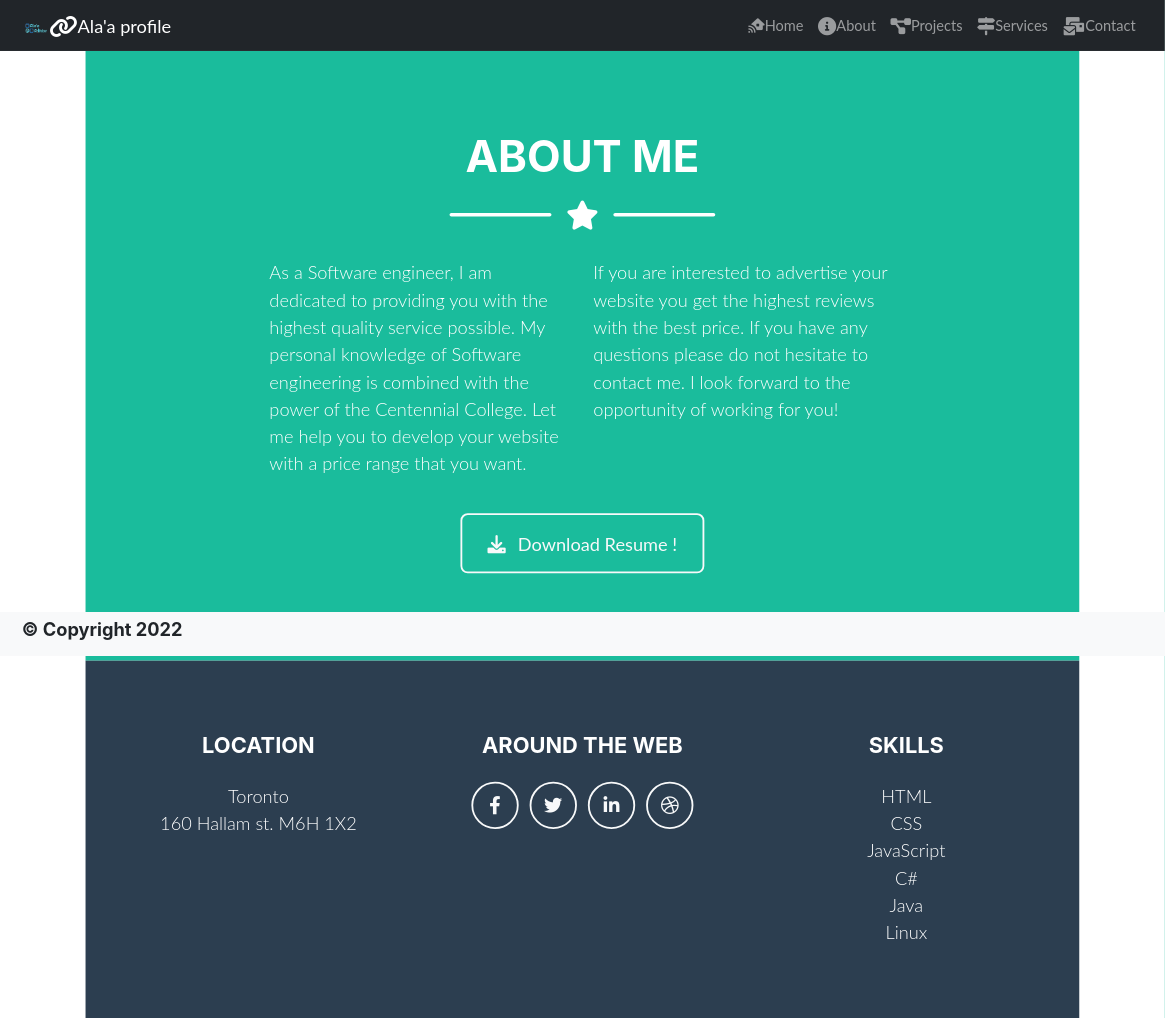
Repository: alaakhdour/heroukulivesite-section1
Page: http://localhost/about
These files come from the project's save history. The page is drawn as it stood at one moment and after the next save; the edit follows.
The browser window is 1280 px wide. The pictures show the whole page, at 91% of full size.
The page is served by the project's Node server (server.js). Other server files are loaded and not shown.

Above is the page before, as saved 2022-06-17 08:59:16.

### Server/Views/index.ejs

<!DOCTYPE html>
<html lang="en">
<head>
    <meta charset="UTF-8">
    <meta http-equiv="X-UA-Compatible" content="IE=edge">
    <meta name="viewport" content="width=device-width, initial-scale=1.0">
    <title><%= title %></title>
    <!-- CSS Section -->
    <link rel="stylesheet" href="./bootstrap/dist/css/bootstrap.min.css">
    <link rel="stylesheet" href="./@fortawsome/fontawesome-free/css/all.min.css">
    <link rel="stylesheet" href="./Content/app.css">
    <link rel="stylesheet" href="./Content/styles.css">
</head>
<body>
    <!-- Main Navigation Section -->
    <header>
        <%- include('./components/header.ejs'); %>
    </header>

    <!-- Content Section-->
    <main>
        <%- include('content/' + page + '.ejs'); %>

    </main>

    <!-- Site-wide footer-->
    <footer>
        <%- include('components/footer.ejs'); %>
    </footer>

    <!-- JavaScript Section -->
    <script src="./jquery/dist/jquery.min.js"></script>
    <script src="./bootstrap/dist/js/bootstrap.min.js"></script>
    <script src="./@fortawesome/fontawesome-free/js/all.min.js"></script>
    <script src="./Scripts/app.js"></script>
</body>
</html>

### Server/Views/components/header.ejs
<nav class="navbar navbar-expand-lg navbar-dark bg-dark">
    <div class="container-fluid">
      <a class="navbar-brand" href="/"> <img src="./Assets/images/logo.png" alt="" width="30" height="24"><i class="fa-solid fa-link fa-lg"></i>Ala'a profile</a>
      <button class="navbar-toggler" type="button" data-bs-toggle="collapse" data-bs-target="#navbarSupportedContent" aria-controls="navbarSupportedContent" aria-expanded="false" aria-label="Toggle navigation">
        <span class="navbar-toggler-icon"></span>
      </button>
      <div class="collapse navbar-collapse" id="navbarSupportedContent">
        <ul class="navbar-nav ms-auto mb-2 mb-lg-0">
          <li class="nav-item">
            <a class="nav-link" aria-current="page" href="/home"><i class="fa-solid fa-house-signal"></i>Home</a>
          </li>

          <li class="nav-item">
            <a class="nav-link" aria-current="page" href="/about"><i class="fa-solid fa-circle-info fa-lg"></i>About</a>
          </li>

          <li class="nav-item">
            <a class="nav-link" aria-current="page" href="/projects"><i class="fa-solid fa-diagram-project fa-lg"></i>Projects</a>
          </li>

          <li class="nav-item">
            <a class="nav-link" aria-current="page" href="/services"><i class="fa-solid fa-signs-post fa-lg"></i>Services</a>
          </li>

          <li class="nav-item">
            <a class="nav-link" aria-current="page" href="/contact"><i class="fa-solid fa-envelopes-bulk fa-lg"></i>Contact </a>
          </li>


        </ul>
      </div>
    </div>
  </nav>

### Server/Views/content/about.ejs
<div class="container">


    <!-- About Section-->
    <section class="page-section bg-primary text-white mb-0" id="about">
        <div class="container">
            <!-- About Section Heading-->
            <h2 class="page-section-heading text-center text-uppercase text-white">About ME</h2>
            <!-- Icon Divider-->
            <div class="divider-custom divider-light">
                <div class="divider-custom-line"></div>
                <div class="divider-custom-icon"><i class="fas fa-star"></i></div>
                <div class="divider-custom-line"></div>
            </div>
            <!-- About Section Content-->
            <div class="row">
                <div class="col-lg-4 ms-auto"><p class="lead">As a Software engineer, I am dedicated to providing you with the highest quality service possible. My personal knowledge of Software engineering is combined with the power of the Centennial College. Let me help you to develop your website with a price range that you want. </p></div>
                <div class="col-lg-4 me-auto"><p class="lead">If you are interested to advertise your website you get the highest reviews with the best price. If you have any questions please do not hesitate to contact me. I look forward to the opportunity of working for you!</p></div>
            </div>
            <!-- About Section Button-->
            <div class="text-center mt-4">
                <a class="btn btn-xl btn-outline-light" href="./Assets/pdf/CV.Pdf" download>
                    <i class="fas fa-download me-2"></i>
                    Download Resume !
                </a>
            </div>
        </div>
    </section>

    <!-- Footer-->
    <footer class="footer text-center">
        <div class="container">
            <div class="row">
                <!-- Footer Location-->
                <div class="col-lg-4 mb-5 mb-lg-0">
                    <h4 class="text-uppercase mb-4">Location</h4>
                    <p class="lead mb-0">
                        Toronto
                        <br />
                        160 Hallam st. M6H 1X2
                    </p>
                </div>
                <!-- Footer Social Icons-->
                <div class="col-lg-4 mb-5 mb-lg-0">
                    <h4 class="text-uppercase mb-4">Around the Web</h4>
                    <a class="btn btn-outline-light btn-social mx-1" href="#!"><i class="fab fa-fw fa-facebook-f"></i></a>
                    <a class="btn btn-outline-light btn-social mx-1" href="#!"><i class="fab fa-fw fa-twitter"></i></a>
                    <a class="btn btn-outline-light btn-social mx-1" href="#!"><i class="fab fa-fw fa-linkedin-in"></i></a>
                    <a class="btn btn-outline-light btn-social mx-1" href="#!"><i class="fab fa-fw fa-dribbble"></i></a>
                </div>
                <!-- Footer About Text-->
                <div class="col-lg-4">
                    <h4 class="text-uppercase mb-4">Skills</h4>
                    <p class="lead mb-0">
                        HTML<br>
                        CSS<br>
                        JavaScript<br>
                        C#<br>
                       Java<br>
                        Linux
                    </p>
                </div>
            </div>
        </div>
    </footer>
</div>

### Server/Views/components/footer.ejs
<nav class="navbar fixed-bottom bg-light">
    <div class="container-fluid">
      <h5 id="copyright">&copy; Copyright 2022</h5>
    </div>
  </nav>

### server.js
"use strict";
var __importDefault = (this && this.__importDefault) || function (mod) {
    return (mod && mod.__esModule) ? mod : { "default": mod };
};
Object.defineProperty(exports, "__esModule", { value: true });
const app_1 = __importDefault(require("./Server/Config/app"));
const debug_1 = __importDefault(require("debug"));
(0, debug_1.default)('week4:server');
const http_1 = __importDefault(require("http"));
const port = normalizePort(process.env.PORT || '3000');
app_1.default.set('port', port);
const server = http_1.default.createServer(app_1.default);
server.listen(port);
server.on('error', onError);
server.on('listening', onListening);
function normalizePort(val) {
    let port = parseInt(val, 10);
    if (isNaN(port)) {
        return val;
    }
    if (port >= 0) {
        return port;
    }
    return false;
}
function onError(error) {
    if (error.syscall !== 'listen') {
        throw error;
    }
    let bind = typeof port === 'string'
        ? 'Pipe ' + port
        : 'Port ' + port;
    switch (error.code) {
        case 'EACCES':
            console.error(bind + ' requires elevated privileges');
            process.exit(1);
            break;
        case 'EADDRINUSE':
            console.error(bind + ' is already in use');
            process.exit(1);
            break;
        default:
            throw error;
    }
}
function onListening() {
    let addr = server.address();
    let bind = 'pipe ' + addr;
    (0, debug_1.default)('Listening on ' + bind);
}
//# sourceMappingURL=server.js.map

### Server/Routes/index.js
"use strict";
var __importDefault = (this && this.__importDefault) || function (mod) {
    return (mod && mod.__esModule) ? mod : { "default": mod };
};
Object.defineProperty(exports, "__esModule", { value: true });
const express_1 = __importDefault(require("express"));
const router = express_1.default.Router();
router.get('/', function (req, res, next) {
    res.render('index', { title: 'Home', page: 'home' });
});
router.get('/home', function (req, res, next) {
    res.render('index', { title: 'Home', page: 'home' });
});
router.get('/about', function (req, res, next) {
    res.render('index', { title: 'About Us', page: 'about' });
});
router.get('/projects', function (req, res, next) {
    res.render('index', { title: 'My Projects', page: 'projects' });
});
router.get('/services', function (req, res, next) {
    res.render('index', { title: 'My services', page: 'services' });
});
router.get('/contact', function (req, res, next) {
    res.render('index', { title: 'contact us', page: 'contact' });
});
exports.default = router;
//# sourceMappingURL=index.js.map

### Client/data/data.json
{
    "FullName": "AlaaAlkhdour",
    "ContactNumber": "999999999999",
    "EmailAddress": "ala@example.com"
}

### content/app.css
h1
{
    font-size: 70px;
    font-family: Verdana, Geneva, Tahoma, sans-serif;
}

### scripts/app.js
//IIFE
(function()
{

    function Start()
    {
        console.log("App Started!");

        // use AJAX to read JSON file

        // Step 1: Create a new XHR object
        let XHR = new XMLHttpRequest();

        // Step 2: Create the request
        XHR.open("GET", "../data/data.json");

        // Step 3: Send the request
        XHR.send();

        // Step 4: create an event listener/handler
        XHR.addEventListener("readystatechange", function()
        {
            if(XHR.readyState == 4 && XHR.status == 200)
            {
                console.log("JSON Data:");
                console.log("===========");
                console.log(XHR.responseText);
            }
        });
    }

    window.addEventListener("load", Start);

})();

Loaded but not shown: Client/content/styles.css (library)

After the next save:
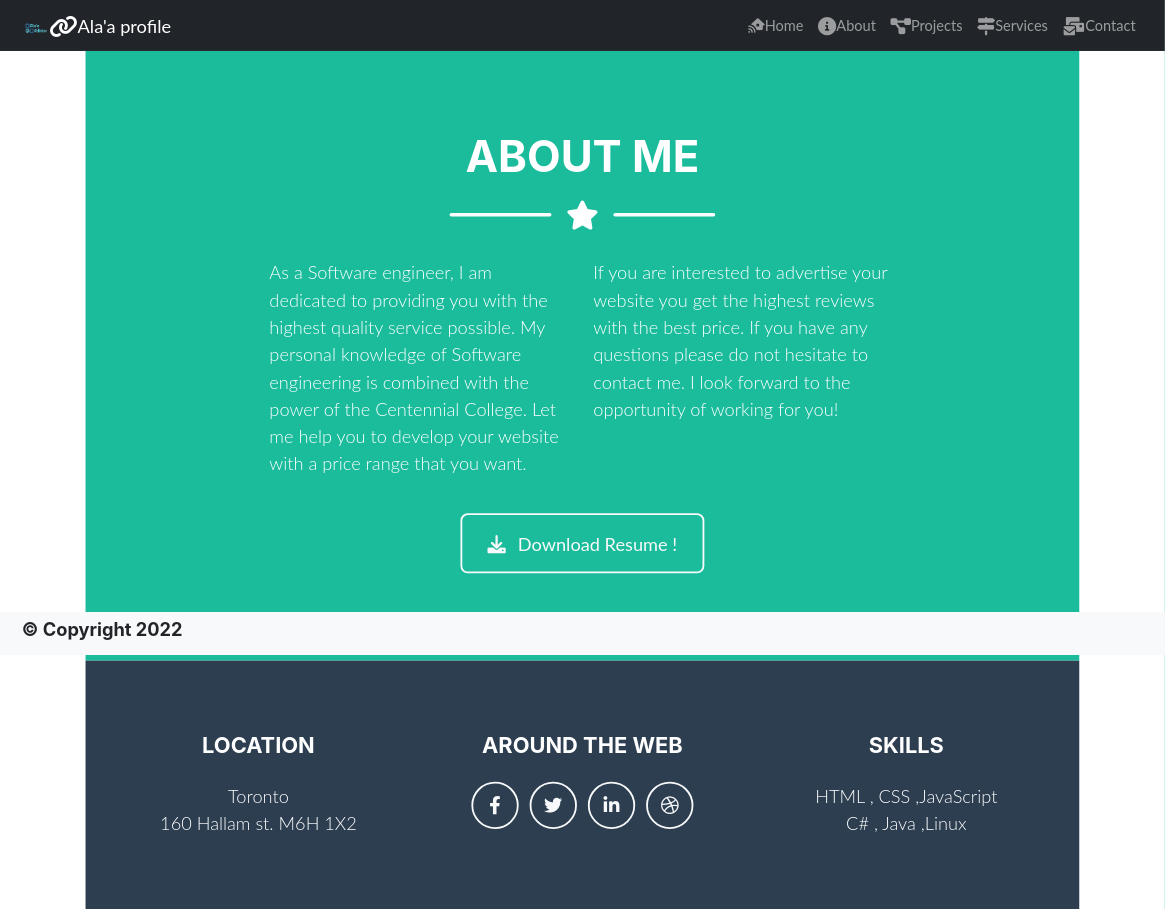
Saved 73 s later.
--- a/Server/Views/content/about.ejs
+++ b/Server/Views/content/about.ejs
@@ -52,12 +52,8 @@
                 <div class="col-lg-4">
                     <h4 class="text-uppercase mb-4">Skills</h4>
                     <p class="lead mb-0">
-                        HTML<br>
-                        CSS<br>
-                        JavaScript<br>
-                        C#<br>
-                       Java<br>
-                        Linux
+                        HTML , CSS ,JavaScript<br>
+                        C# , Java ,Linux
                     </p>
                 </div>
             </div>
